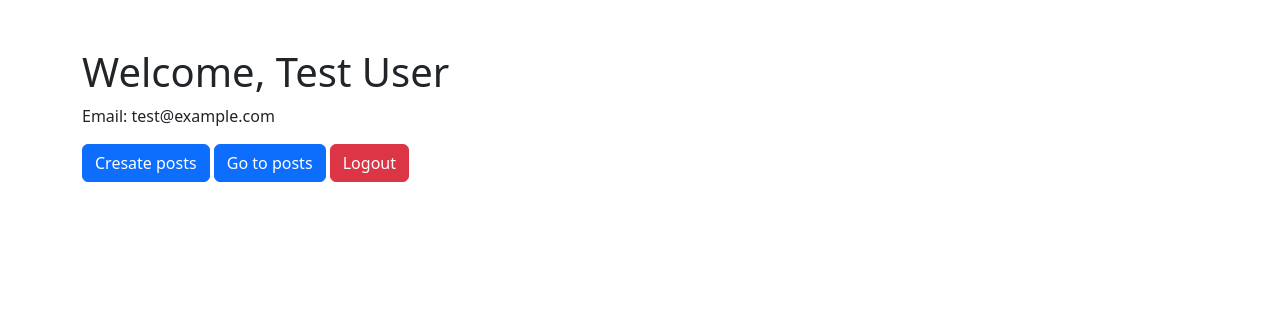
Repository: Abdulahi338/Authentication-using-laravel-11
Page: http://localhost/dashboard
These files come from the project's save history. The page is drawn as it stood at one moment and after the next save; the edit follows.
The browser window is 1280 px wide. The pictures show the whole page.
The page is served by the project's Laravel application, run on PHP 8.4 with Laravel 12. A made-up administrator, Test User (test@example.com), is signed in. Other server files are loaded and not shown.

Above is the page before, as saved 2024-10-16 11:26:54.

### routes/web.php
<?php


use Illuminate\Support\Facades\Route;
use App\Http\Controllers\AuthController;
use Illuminate\Support\Facades\Auth;

// Guest routes (not logged in)
Route::middleware('guest')->group(function () {
    // Home route
    Route::get('/', function () {
        return view('layouts.app');
    })->name('home');

    // Registration routes
    Route::get('/register', function () {
        return view('auth.register');
    })->name('register.form');

    Route::post('/register', [AuthController::class, 'register'])->name('register');

    // Login routes
    Route::get('/login', function () {
        return view('auth.login');
    })->name('login.form');

    Route::post('/login', [AuthController::class, 'login'])->name('login');

    // Password reset request routes
    Route::get('/password/reset', [AuthController::class, 'showResetRequestForm'])->name('password.request');
    Route::post('/password/email', [AuthController::class, 'sendResetLinkEmail'])->name('password.email');

    // Password reset routes
    Route::get('/password/reset/{token}/{email}', [AuthController::class, 'showResetForm'])->name('password.reset');
    Route::post('/password/reset', [AuthController::class, 'reset'])->name('password.update');
    Route::get('/verify-email/{token}', [AuthController::class, 'verifyEmail'])->name('verification.verify');



});

// Authenticated routes (users who are logged in)
Route::middleware('auth')->group(function () {
     // Email verification route

    // Verification notice route
    Route::get('/verification-notice', function () {
        return view('auth.verification-notice');
    })->name('verification.notice');
        // Resend verification route
        Route::post('/resend-verification', [AuthController::class, 'resendVerification'])->name('verification.resend');
    // Dashboard route
    Route::get('/dashboard', [AuthController::class, 'dashboard'])->name('dashboard');

    // Logout route
    Route::post('/logout', [AuthController::class, 'logout'])->name('logout');

});


use App\Http\Controllers\PostController;

Route::middleware(['auth', 'verified'])->group(function () {
    Route::get('/posts', [PostController::class, 'index'])->name('posts.index');
    Route::get('/posts/create', [PostController::class, 'create'])->name('posts.create');
    Route::post('/posts', [PostController::class, 'store'])->name('posts.store');
    Route::get('/posts/{post}/edit', [PostController::class, 'edit'])->name('posts.edit');
    Route::put('/posts/{post}', [PostController::class, 'update'])->name('posts.update');
    Route::delete('/posts/{post}', [PostController::class, 'destroy'])->name('posts.destroy');
});

### app/Models/User.php
<?php

namespace App\Models;

// use Illuminate\Contracts\Auth\MustVerifyEmail;
use Illuminate\Database\Eloquent\Factories\HasFactory;
use Illuminate\Foundation\Auth\User as Authenticatable;
use Illuminate\Notifications\Notifiable;

class User extends Authenticatable
{
    use HasFactory, Notifiable;

    /**
     * The attributes that are mass assignable.
     *
     * @var array<int, string>
     */
    // User.php
public function posts()
{
    return $this->hasMany(Post::class);
}


    protected $fillable = [
        'name',
        'email',
        'password',
    ];

    /**
     * The attributes that should be hidden for serialization.
     *
     * @var array<int, string>
     */
    protected $hidden = [
        'password',
        'remember_token',
    ];

    /**
     * Get the attributes that should be cast.
     *
     * @return array<string, string>
     */
    protected function casts(): array
    {
        return [
            'email_verified_at' => 'datetime',
            'password' => 'hashed',
        ];
    }
}

### app/Http/Controllers/AuthController.php
<?php

namespace App\Http\Controllers;

use App\Models\User;
use App\Mail\VerificationMail;
use Illuminate\Http\Request;
use Illuminate\Support\Facades\Hash;
use Illuminate\Support\Facades\Mail;
use Illuminate\Support\Facades\DB;
use Illuminate\Support\Str;
use Illuminate\Support\Facades\Password;

class AuthController extends Controller
{
    // Registration function
    public function register(Request $request)
    {
        // Validate user input
        $validated = $request->validate([
            'name' => 'required|string|max:255',
            'email' => 'required|email|unique:users,email',
            'password' => 'required|string|min:3|confirmed', // Password should be more secure
        ]);

        // Hash password and create the user
        $user = User::create([
            'name' => $validated['name'],
            'email' => $validated['email'],
            'password' => Hash::make($validated['password']),
        ]);

        // Generate verification token
        $token = Str::random(32);
        DB::table('email_verifications')->insert([
            'user_id' => $user->id,
            'token' => $token,
            'created_at' => now(),
        ]);

        // Send verification email
        Mail::to($user->email)->send(new VerificationMail($user, $token));

        // Redirect to login with a success message
        return redirect()->route('login')->with('message', 'Registration successful! Please check your email to verify your account.');
    }

    // Login function
    public function login(Request $request)
    {
        // Validate the login request
        $credentials = $request->validate([
            'email' => 'required|email',
            'password' => 'required|string',
        ]);

        // Attempt to find the user
        $user = User::where('email', $credentials['email'])->first();

        if (!$user) {
            return redirect()->back()->withErrors(['email' => 'Invalid credentials.'])->withInput();
        }

        // Check if the email is verified
        if (!$user->email_verified_at) {
            return redirect()->back()->withErrors(['email' => 'Please verify your email first.'])->withInput();
        }

        // Check the password
        if (!Hash::check($credentials['password'], $user->password)) {
            return redirect()->back()->withErrors(['email' => 'Invalid credentials.'])->withInput();
        }

        // Log the user in
        auth()->login($user);

        return redirect()->route('dashboard'); // Redirect to the dashboard after successful login
    }

    // Email Verification function
    public function verifyEmail($token)
    {
        // Look for the token in the email_verifications table
        $verification = DB::table('email_verifications')->where('token', $token)->first();

        // If the token is not found, return an error
        if (!$verification) {
            return redirect()->route('login')->withErrors(['token' => 'Invalid verification token.']);
        }

        // Find the user by the token
        $user = User::find($verification->user_id);

        // Mark email as verified
        $user->email_verified_at = now();
        $user->save();

        // Optionally delete the token after successful verification
        DB::table('email_verifications')->where('token', $token)->delete();

        // Log the user in
        auth()->login($user);

        return redirect()->route('dashboard')->with('message', 'Email verified successfully! Welcome to your dashboard.');
    }

    // Resend Email Verification
    public function resendVerification(Request $request)
    {
        // Validate the request
        $request->validate([
            'email' => 'required|email',
        ]);

        // Find the user by email
        $user = User::where('email', $request->email)->first();

        if (!$user) {
            return redirect()->back()->withErrors(['email' => 'User not found.']);
        }

        // Check if the user already has a verified email
        if ($user->email_verified_at) {
            return redirect()->back()->withErrors(['email' => 'Email is already verified.']);
        }

        // Generate a new verification token
        $token = Str::random(32);

        // Update or create a new verification record
        DB::table('email_verifications')->updateOrInsert(
            ['user_id' => $user->id],
            ['token' => $token, 'created_at' => now()]
        );

        // Send the verification email
        Mail::to($user->email)->send(new VerificationMail($user, $token));

        return redirect()->back()->with('message', 'Verification email resent.');
    }

    // Show password reset request form
    public function showResetRequestForm()
    {
        return view('auth.passwords.email');
    }

    // Handle sending the reset link
    public function sendResetLinkEmail(Request $request)
    {
        // Validate the request
        $request->validate([
            'email' => 'required|email',
        ]);

        // Send the reset link
        $status = Password::sendResetLink($request->only('email'));

        // Return response based on the status
        return $status === Password::RESET_LINK_SENT
            ? back()->with('status', __($status))
            : back()->withErrors(['email' => __($status)]);
    }

    // Password Reset Form
    public function showResetForm($token, $email)
    {
        return view('auth.passwords.reset')->with(['token' => $token, 'email' => $email]);
    }

    // Handle password reset
    public function reset(Request $request)
    {
        // Validate the request
        $request->validate([
            'email' => 'required|email',
            'password' => 'required|string|min:6|confirmed',
            'token' => 'required',
        ]);

        // Reset the password
        $status = Password::reset(
            $request->only('email', 'password', 'password_confirmation', 'token'),
            function ($user) use ($request) {
                $user->password = Hash::make($request->password);
                $user->save();
            }
        );

        // Redirect or return based on the status
        return $status === Password::PASSWORD_RESET
            ? redirect()->route('login')->with('status', __($status))
            : back()->withErrors(['email' => __($status)]);
    }

    // Dashboard
    public function dashboard()
    {
        if (auth()->check()) {
            return view('dashboard', ['user' => auth()->user()]);
        }

        return redirect('/login')->with('message', 'Please log in first.');
    }

    // Logout
    public function logout(Request $request)
    {
        auth()->logout();
        return redirect('/login')->with('message', 'You have been logged out successfully!');
    }
}

### resources/views/dashboard.blade.php
{{-- resources/views/dashboard.blade.php --}}
<!DOCTYPE html>
<html lang="en">
<head>
    <meta charset="UTF-8">
    <meta name="viewport" content="width=device-width, initial-scale=1.0">
    <link href="https://cdn.jsdelivr.net/npm/bootstrap@5.3.0-alpha1/dist/css/bootstrap.min.css" rel="stylesheet">
    <title>User Dashboard</title>
</head>
<body>

    <div class="container mt-5">
        @if(session('message'))
        <div class="alert alert-success">{{ session('message') }}</div>
    @endif
        <h1>Welcome, {{ $user->name }}</h1>
        <p>Email: {{ $user->email }}</p>


        <form action="{{ url('/logout') }}" method="POST">
            @csrf
            <button type="submit" class="btn btn-primary"><a class="nav-link" href="{{ url('/posts/create') }}">Cresate posts</a></button>
            <button type="submit" class="btn btn-primary"><a class="nav-link" href="{{ url('/posts') }}">Go to posts</a></button>


            <button type="submit" class="btn btn-danger">Logout</button>
        </form>
    </div>
</body>
</html>

Loaded but not shown: app/Http/Controllers/Controller.php (common file)

After the next save:
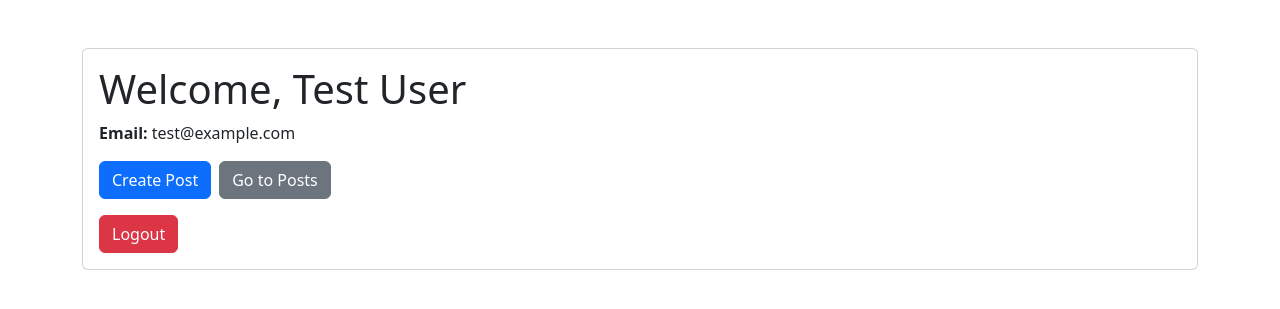
Saved 2 h 3 min later.
--- a/resources/views/dashboard.blade.php
+++ b/resources/views/dashboard.blade.php
@@ -8,23 +8,29 @@
     <title>User Dashboard</title>
 </head>
 <body>
-
     <div class="container mt-5">
         @if(session('message'))
-        <div class="alert alert-success">{{ session('message') }}</div>
-    @endif
-        <h1>Welcome, {{ $user->name }}</h1>
-        <p>Email: {{ $user->email }}</p>
+            <div class="alert alert-success">{{ session('message') }}</div>
+        @endif
 
+        <div class="card">
+            <div class="card-body">
+                <h1 class="card-title">Welcome, {{ $user->name }}</h1>
+                <p class="card-text"><strong>Email:</strong> {{ $user->email }}</p>
 
-        <form action="{{ url('/logout') }}" method="POST">
-            @csrf
-            <button type="submit" class="btn btn-primary"><a class="nav-link" href="{{ url('/posts/create') }}">Cresate posts</a></button>
-            <button type="submit" class="btn btn-primary"><a class="nav-link" href="{{ url('/posts') }}">Go to posts</a></button>
+                <div class="d-flex gap-2 mb-3">
+                    <a href="{{ url('/posts/create') }}" class="btn btn-primary">Create Post</a>
+                    <a href="{{ url('/posts') }}" class="btn btn-secondary">Go to Posts</a>
+                </div>
 
+                <form action="{{ url('/logout') }}" method="POST">
+                    @csrf
+                    <button type="submit" class="btn btn-danger">Logout</button>
+                </form>
+            </div>
+        </div>
+    </div>
 
-            <button type="submit" class="btn btn-danger">Logout</button>
-        </form>
-    </div>
+    <script src="https://cdn.jsdelivr.net/npm/bootstrap@5.3.0-alpha1/dist/js/bootstrap.bundle.min.js"></script>
 </body>
 </html>
